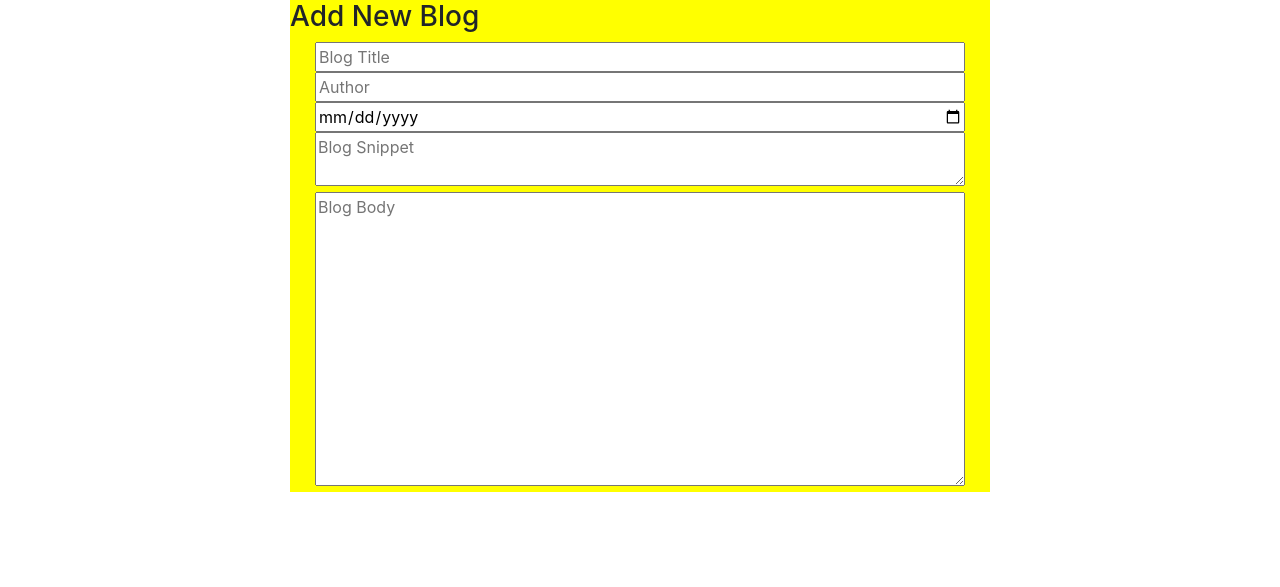
Repository: just-mann/just-blog
Page: http://localhost/add-blog
These files come from the project's save history. The page is drawn as it stood at one moment and after the next save; the edit follows.
The browser window is 1280 px wide. The pictures show the whole page.
The page is served by the project's Node server (index.js).

Above is the page before, as saved 2022-01-29 12:32:45.

### views/add-blog.ejs
<!doctype html>
<html lang="en">
  <head>
    <title>JUSTCODE | Add New Blog</title>
    <!-- Required meta tags -->
    <meta charset="utf-8">
    <meta name="viewport" content="width=device-width, initial-scale=1, shrink-to-fit=no">
    <!-- Bootstrap CSS -->
    <link rel="stylesheet" href="https://stackpath.bootstrapcdn.com/bootstrap/4.3.1/css/bootstrap.min.css" integrity="sha384-ggOyR0iXCbMQv3Xipma34MD+dH/1fQ784/j6cY/iJTQUOhcWr7x9JvoRxT2MZw1T" crossorigin="anonymous">
    <link rel="stylesheet" href="app.css">
  </head>
  <body>
    <div class="addBlog">
      <h3>Add New Blog</h3>
      <form action="/add-new-blog" method="POST">
        <div class="titleDiv">
          <input type="text" name="title" class="blog-title" placeholder="Blog Title">
        </div>
        <div class="authorDiv">
          <input type="text" name="title" class="blog-author" placeholder="Author">
        </div>
        <div class="dateDiv">
          <input type="date" name="date" class="blog-date">
        </div>
        <div class="snippetDiv">
          <textarea name="blog-snippet" id="blog-snippet" cols="30" rows="2.5" class="blog-snippet" placeholder="Blog Snippet"></textarea>
        </div>
        <div>
          <textarea name="blog-body" id="blog-body" cols="30" rows="12" class="blog-body" placeholder="Blog Body"></textarea>
        </div>
      </form>
    </div>

    <!-- Optional JavaScript -->
    <!-- jQuery first, then Popper.js, then Bootstrap JS -->
    <script src="https://code.jquery.com/jquery-3.3.1.slim.min.js" integrity="sha384-q8i/X+965DzO0rT7abK41JStQIAqVgRVzpbzo5smXKp4YfRvH+8abtTE1Pi6jizo" crossorigin="anonymous"></script>
    <script src="https://cdnjs.cloudflare.com/ajax/libs/popper.js/1.14.7/umd/popper.min.js" integrity="sha384-UO2eT0CpHqdSJQ6hJty5KVphtPhzWj9WO1clHTMGa3JDZwrnQq4sF86dIHNDz0W1" crossorigin="anonymous"></script>
    <script src="https://stackpath.bootstrapcdn.com/bootstrap/4.3.1/js/bootstrap.min.js" integrity="sha384-JjSmVgyd0p3pXB1rRibZUAYoIIy6OrQ6VrjIEaFf/nJGzIxFDsf4x0xIM+B07jRM" crossorigin="anonymous"></script>
  </body>
</html>

### index.js
const express = require('express');
const cors = require('cors');
const bodyParser = require('body-parser');


const app = express();

// BodyParser to tidy up the input from the form
app.use(bodyParser.urlencoded({ extended: true }));

// Static
app.use(express.static('public'))


// Setting the view engine
app.set('view engine', 'ejs');




// Get all the blogs from the database
app.get('/api/blogs', cors(), (req, res) => {
    res.send('Server is running.');
})

// Render the form that let's you add a new blog
app.get('/add-blog', (req, res) => {
    res.render('add-blog');
})


// Add new blog to the database
app.post('/add-new-blog', (req, res) => {

})







const PORT = process.env.PORT || 5000;
app.listen(PORT, () => console.log(`Server is running on port ${PORT}`))

### public/app.css


.addBlog {
    max-width: 700px;
    margin: auto;
    background: yellow;
}

form {
    max-width: 650px;
    margin: auto;
}

form div {
    width: 100%;
}

form div input {
    width: 100%;
}

form div textarea {
    width: 100%;
}

After the next save:
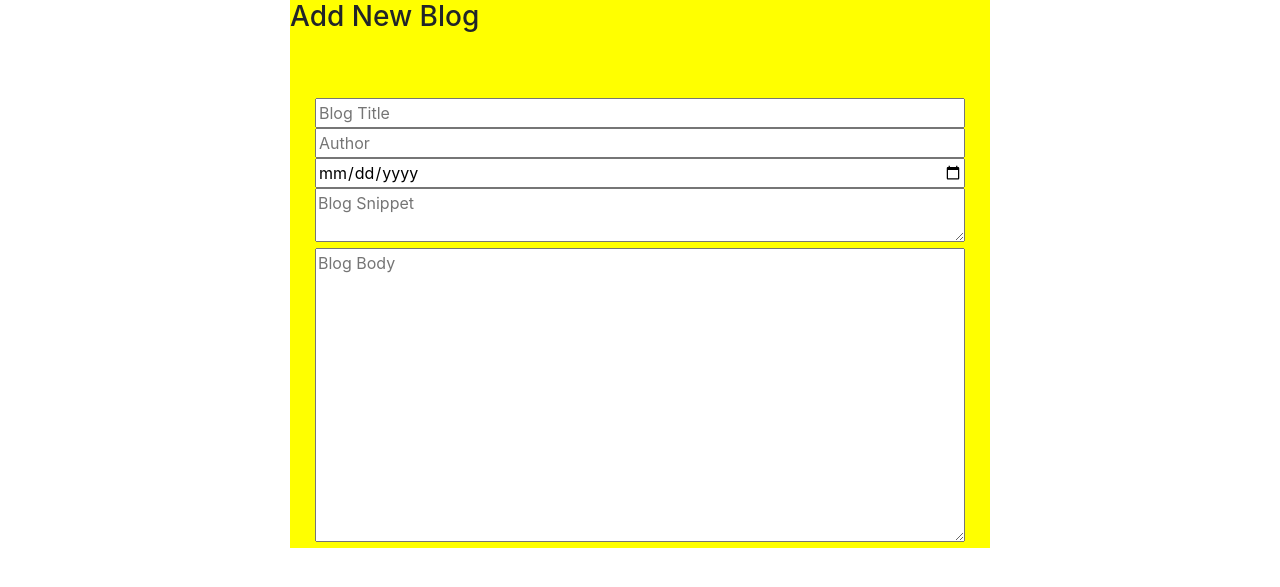
Saved 18 s later.
--- a/public/app.css
+++ b/public/app.css
@@ -8,7 +8,7 @@
 
 form {
     max-width: 650px;
-    margin: auto;
+    margin: 4rem auto;
 }
 
 form div {
